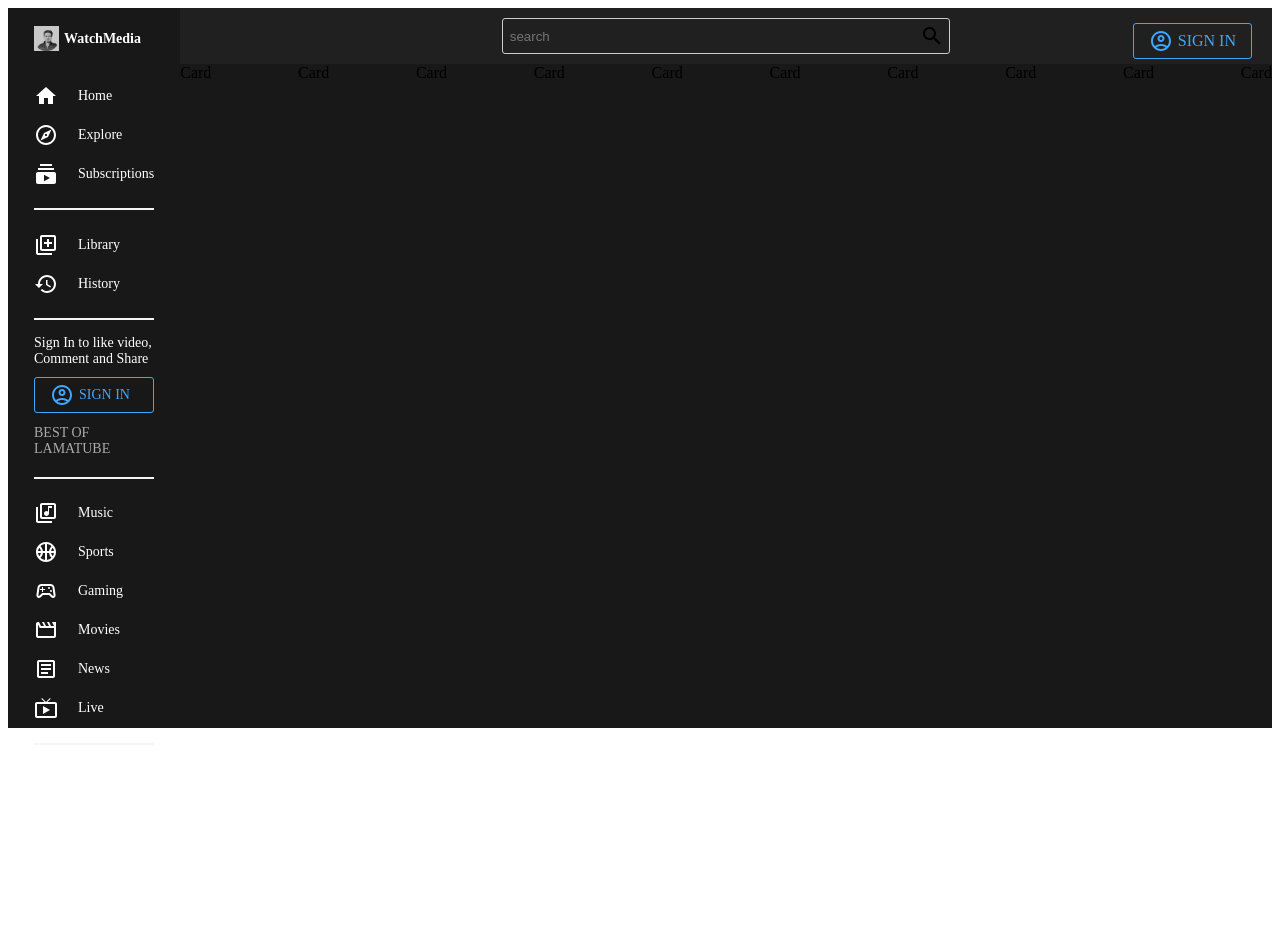
Repository: inzamamahmad3/final-year-project-skeleton
Page: /
The author's editor kept a copy of each file at every save. The page is drawn from the files as they stood at one save, then again after the next save.
The browser window is 1280 px wide. The pictures show the whole page.
The project was rebuilt for these pictures with package versions that can differ from the ones it lists, and the page was loaded fresh each time. Also part of the build but not shown: src/pages/Video.jsx.

Above is the page before, as saved 2023-07-20 12:29:56.

After the next save:
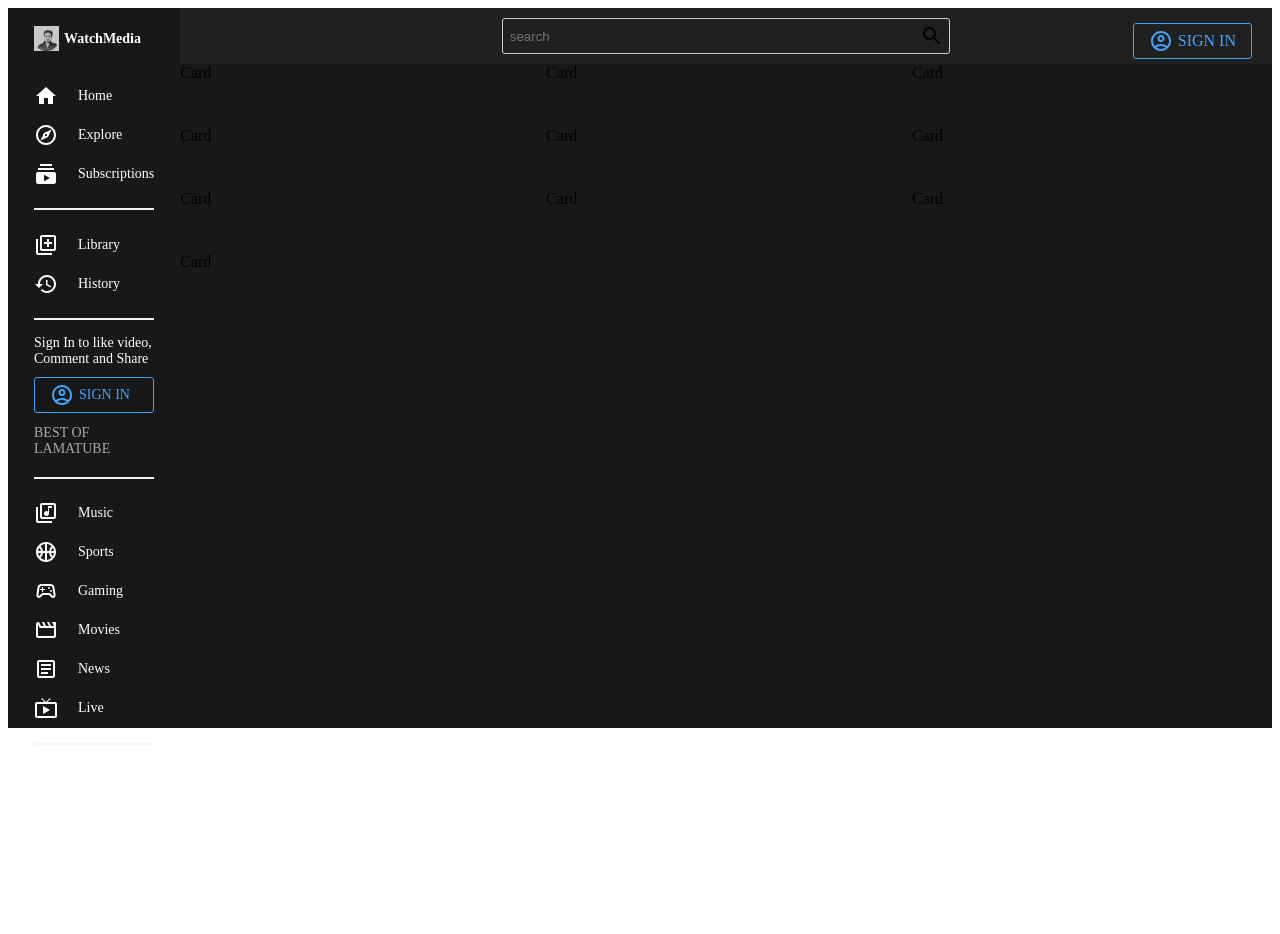
Saved 9 min 8 s later.
--- a/src/components/Card.jsx
+++ b/src/components/Card.jsx
@@ -1,7 +1,11 @@
 import React from "react";
 import styled from "styled-components";
 
-const Container = styled.div``;
+const Container = styled.div`
+  width: 360px;
+  margin-bottom: 45px;
+  cursor: pointer;
+`;
 
 const Card = () => {
   return <Container>Card</Container>;
